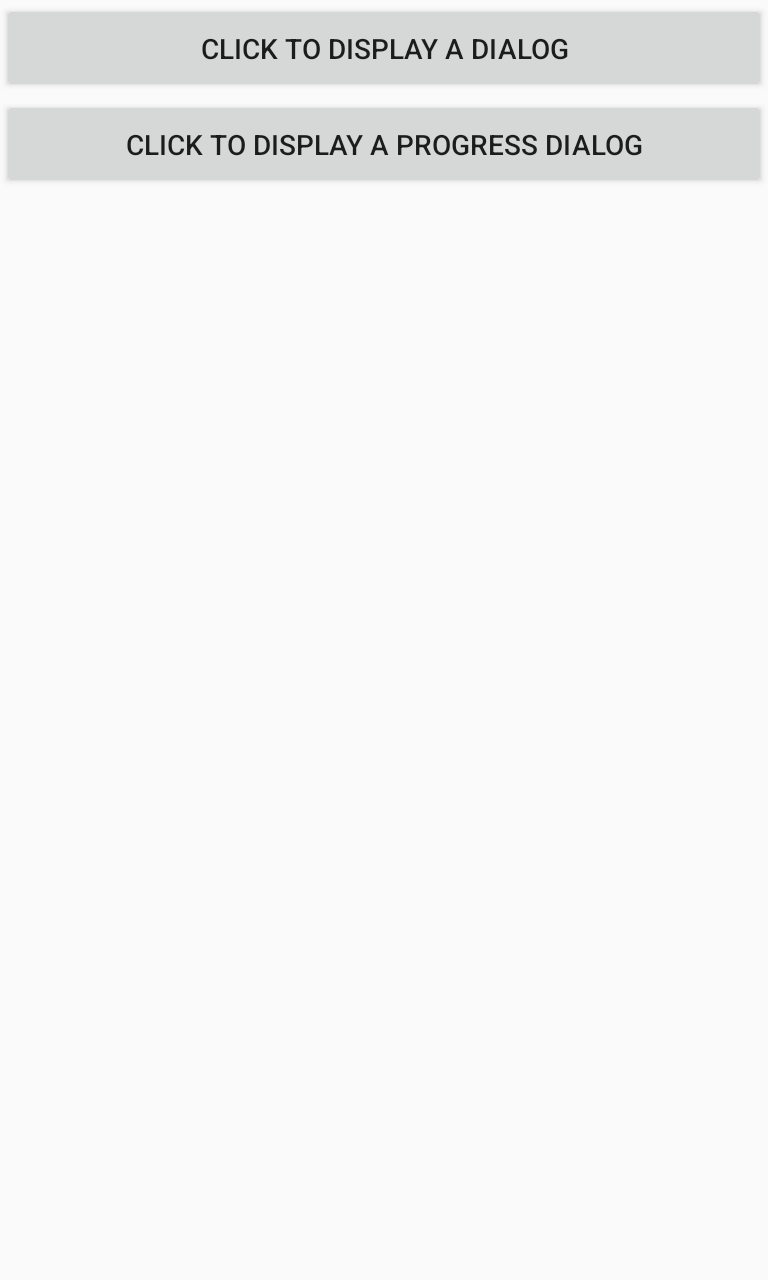
Repository: zieckey/androidworkspace
Layout: Dialog/res/layout/activity_main.xml
An editor plug-in stored every save of this project. The layout is shown before and after the next save, followed by the edit.
It is drawn on a 768 x 1280 px phone screen (xhdpi) without system bars, with theme AppTheme; the app's code is not run.

Above is the layout before, as saved 2014-09-04 13:27:44.

### Dialog/res/layout/activity_main.xml
<LinearLayout xmlns:android="http://schemas.android.com/apk/res/android"
    xmlns:tools="http://schemas.android.com/tools"
    android:id="@+id/container"
    android:layout_width="match_parent"
    android:layout_height="match_parent"
    android:orientation="vertical"
    tools:context="com.jely.dialog.MainActivity"
    tools:ignore="MergeRootFrame" >

    <Button
        android:id="@+id/btn_dialog"
        android:layout_width="match_parent"
        android:layout_height="wrap_content"
        android:text="@string/click_btn_text"
        android:onClick="onClick"
        />

    <Button
        android:id="@+id/btn_dialog2"
        android:layout_width="match_parent"
        android:layout_height="wrap_content"
        android:text="@string/click_btn2_text"
        android:onClick="onClickProgressButton"
        />
</LinearLayout>

### Dialog/res/values/strings.xml
<?xml version="1.0" encoding="utf-8"?>
<resources>

    <string name="app_name">Dialog</string>
    <string name="hello_world">Hello world!</string>
    <string name="action_settings">Settings</string>
	<string name="click_btn_text">Click to display a dialog</string>
	<string name="click_btn2_text">Click to display a progress dialog</string>
</resources>

Loaded but not shown: Dialog/res/values/styles.xml (common file); Dialog/res/values-v11/styles.xml (common file); Dialog/res/values-v14/styles.xml (common file)

After the next save:
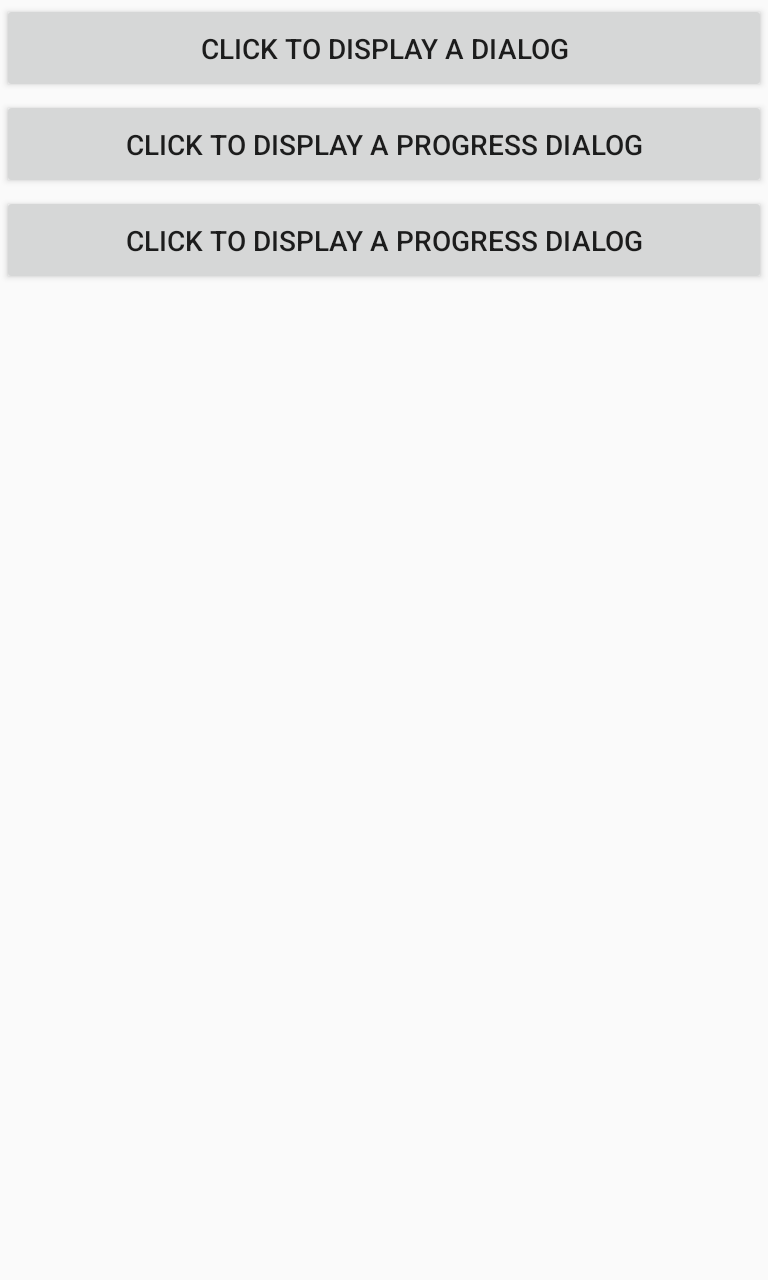
Saved 8 s later.
--- a/Dialog/res/layout/activity_main.xml
+++ b/Dialog/res/layout/activity_main.xml
@@ -22,4 +22,13 @@
         android:text="@string/click_btn2_text"
         android:onClick="onClickProgressButton"
         />
+
+        <Button
+        android:id="@+id/btn_dialog2"
+        android:layout_width="match_parent"
+        android:layout_height="wrap_content"
+        android:text="@string/click_btn2_text"
+        android:onClick="onClickProgressButton"
+        />
+
 </LinearLayout>
